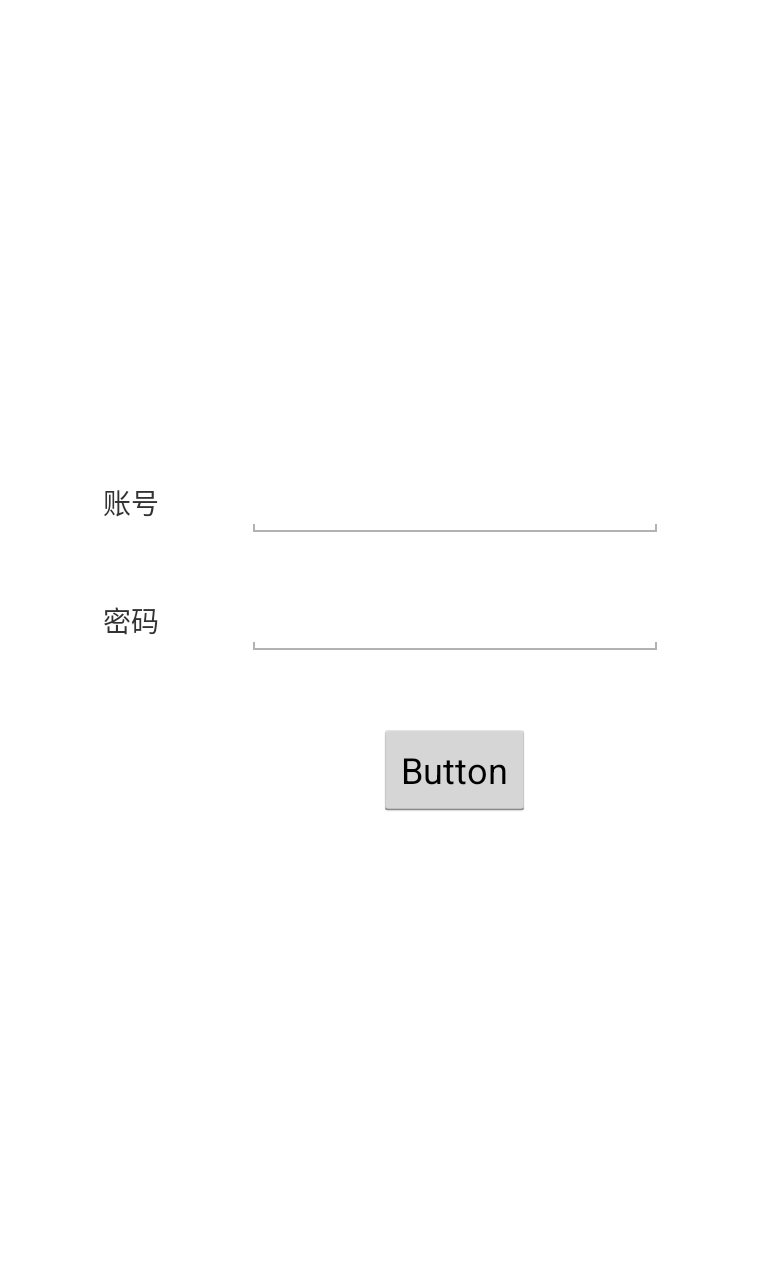
Repository: xingchenxuanfeng/MyStudyForAndroid
Layout: ForceOffline/res/layout/activity_main.xml
These files come from the project's save history. The layout is drawn as it stood at one moment and after the next save; the edit follows.
It is drawn on a 768 x 1280 px phone screen (xhdpi) without system bars, with theme AppTheme; the app's code is not run.

Above is the layout before, as saved 2015-06-14 13:03:25.

After the next save:
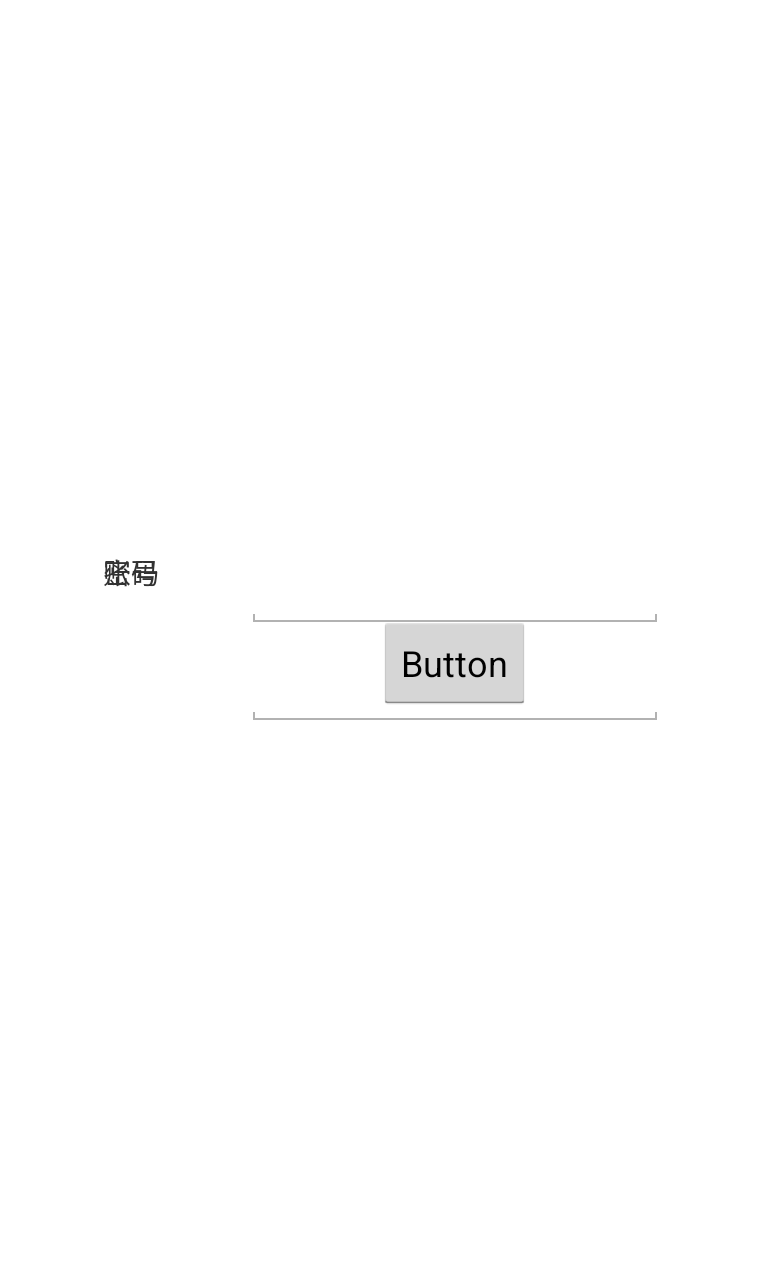
Saved 3 min 59 s later.
--- a/ForceOffline/res/layout/activity_main.xml
+++ b/ForceOffline/res/layout/activity_main.xml
@@ -18,7 +18,7 @@
         android:text="账号" />
 
     <TextView
-        android:id="@+id/password"
+        android:id="@+id/textView1"
         android:layout_width="wrap_content"
         android:layout_height="wrap_content"
         android:layout_alignBaseline="@+id/editText2"
@@ -27,7 +27,7 @@
         android:text="密码" />
 
     <EditText
-        android:id="@+id/editText2"
+        android:id="@+id/password"
         android:layout_width="wrap_content"
         android:layout_height="wrap_content"
         android:layout_alignLeft="@+id/account"
@@ -40,8 +40,6 @@
         android:id="@+id/account"
         android:layout_width="wrap_content"
         android:layout_height="wrap_content"
-        android:layout_alignBaseline="@+id/textView2"
-        android:layout_alignBottom="@+id/textView2"
         android:layout_centerHorizontal="true"
         android:ems="10" />
 
